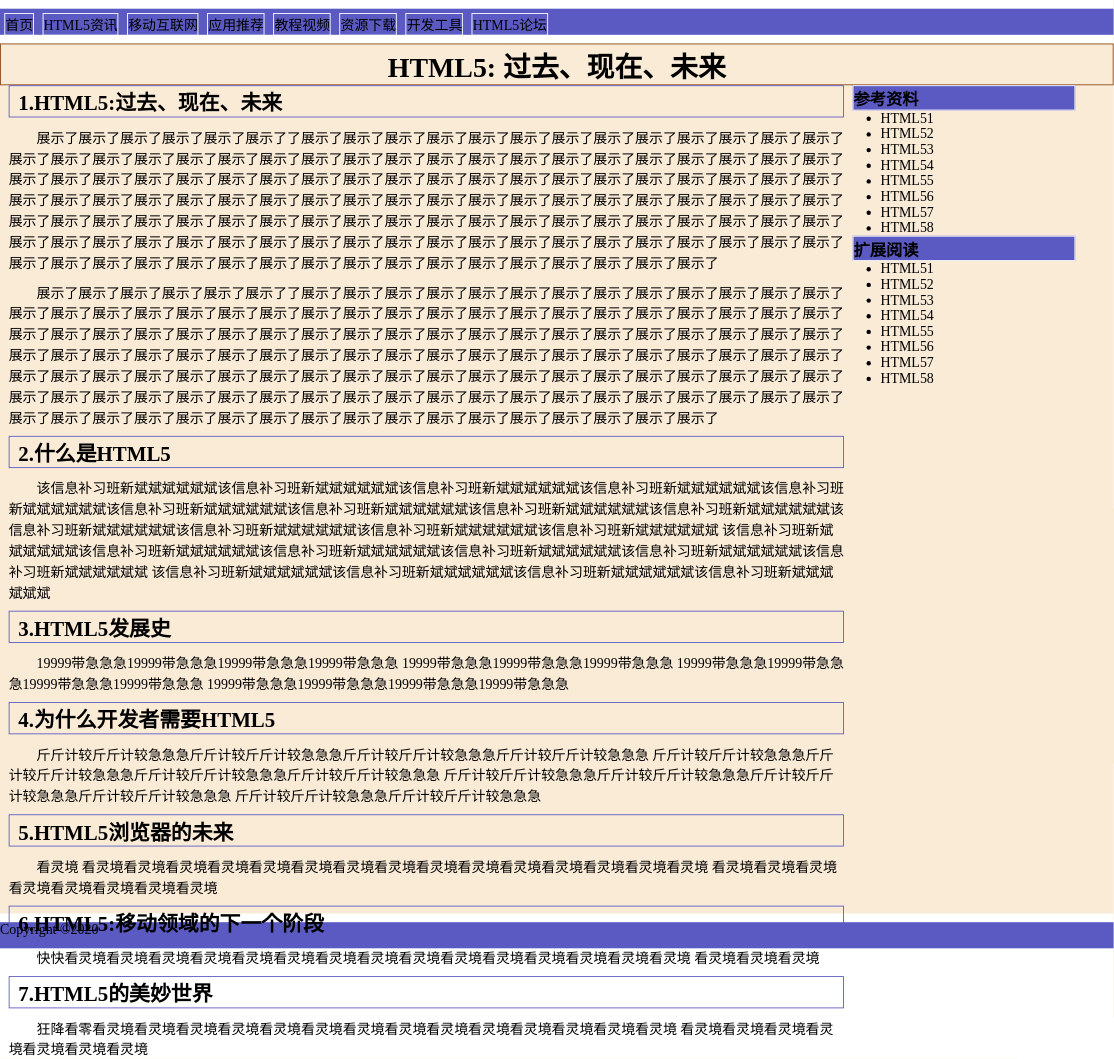
Repository: LstHeart/html-learning
Page: css/案例作业2.html
An editor plug-in stored every save of this project. The page is shown before and after the next save, followed by the edit.
The browser window is 1280 px wide. The pictures show the whole page, at 87% of full size.

Above is the page before, as saved 2021-01-05 22:22:22.

After the next save:
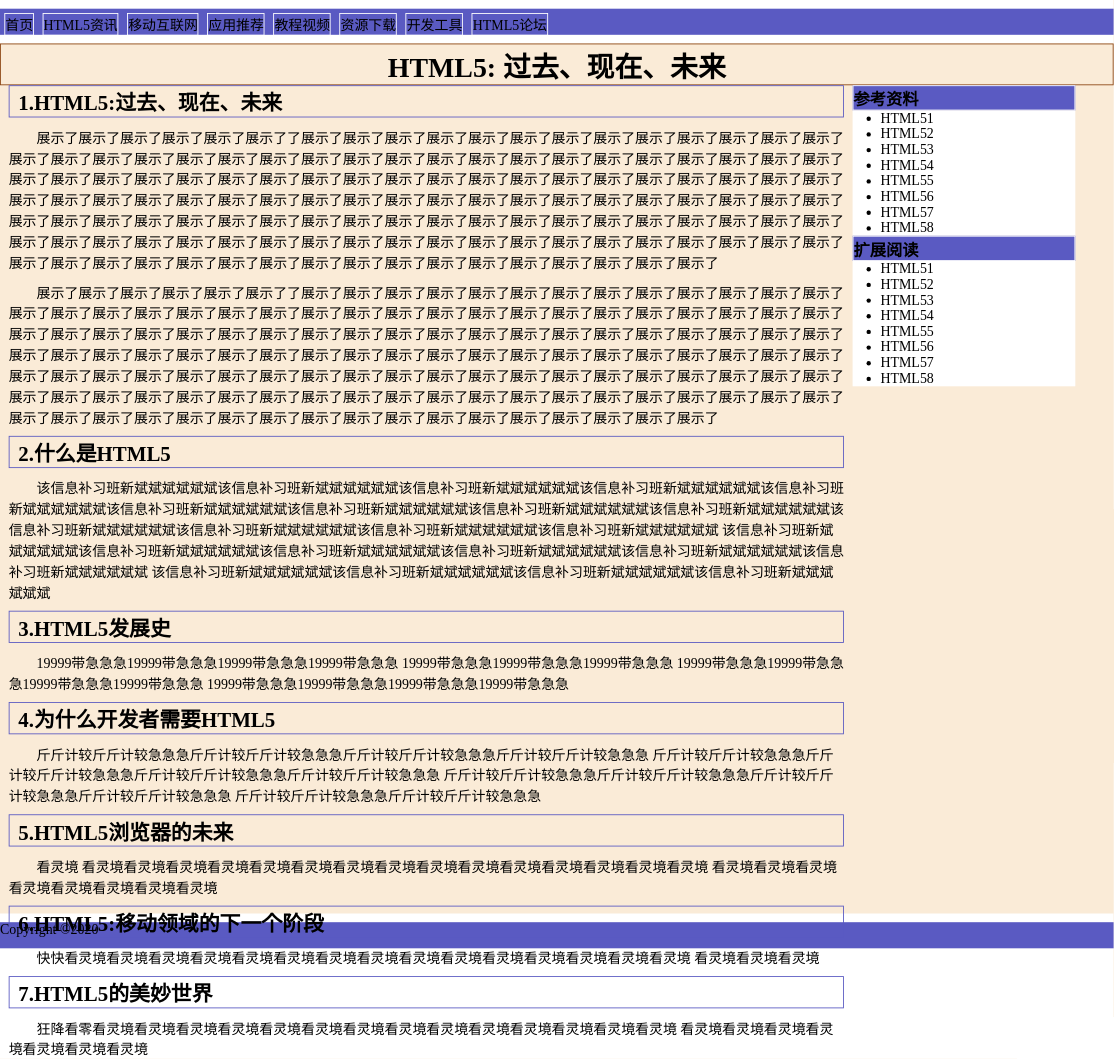
Saved 71 s later.
--- a/css/html5.css
+++ b/css/html5.css
@@ -63,6 +63,9 @@ a{
     border: 1px solid #fff;
     background-color: #5a5ac2;
 }
+.content ul{
+    background-color: rgb(255, 255, 255);
+}
 .content ul li{
     list-style:disc;
     margin-left: 2em;

After the save that followed:
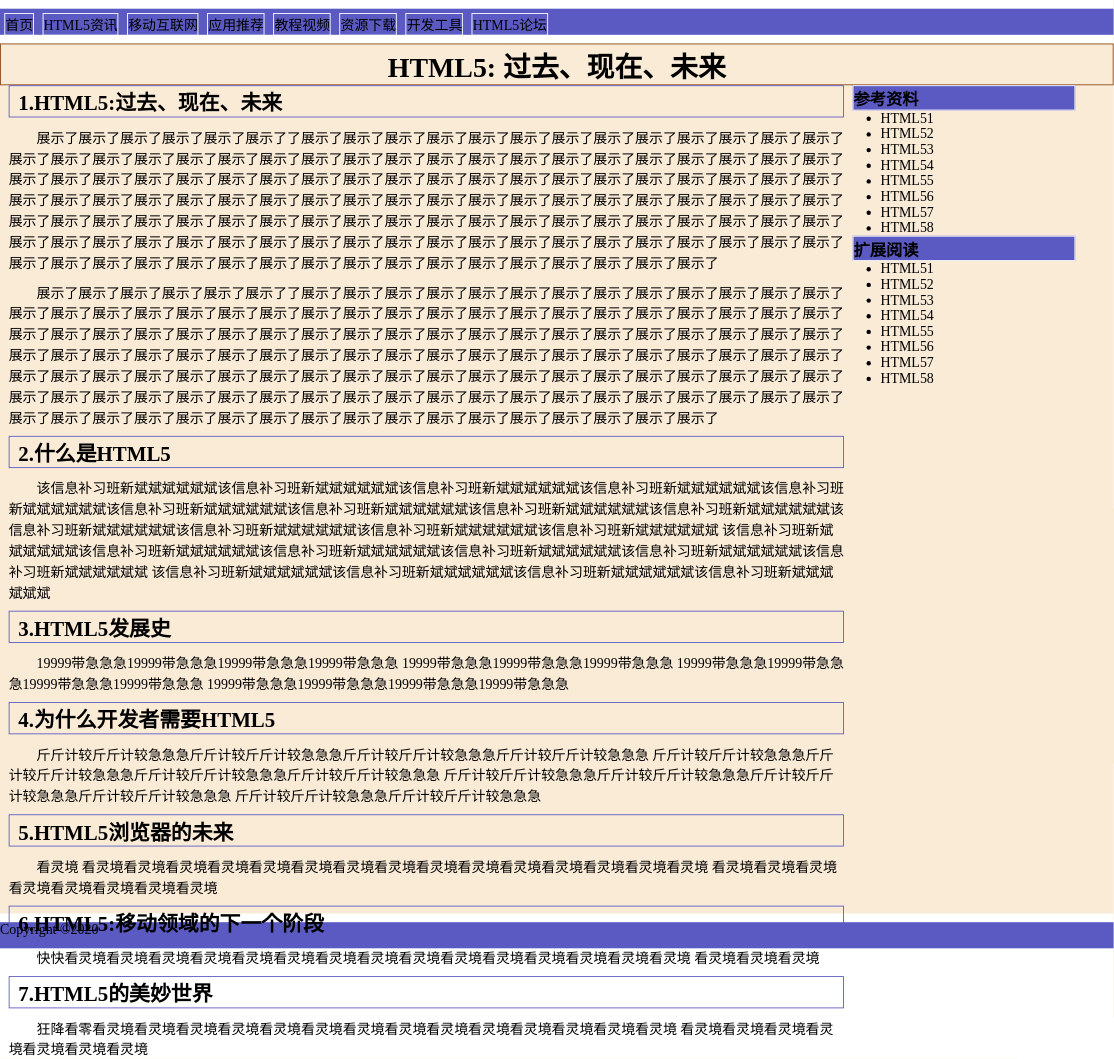
Saved 23 s later.
--- a/css/html5.css
+++ b/css/html5.css
@@ -64,7 +64,7 @@ a{
     background-color: #5a5ac2;
 }
 .content ul{
-    background-color: rgb(255, 255, 255);
+    background-color: rgba(156, 158, 126, 0);
 }
 .content ul li{
     list-style:disc;
